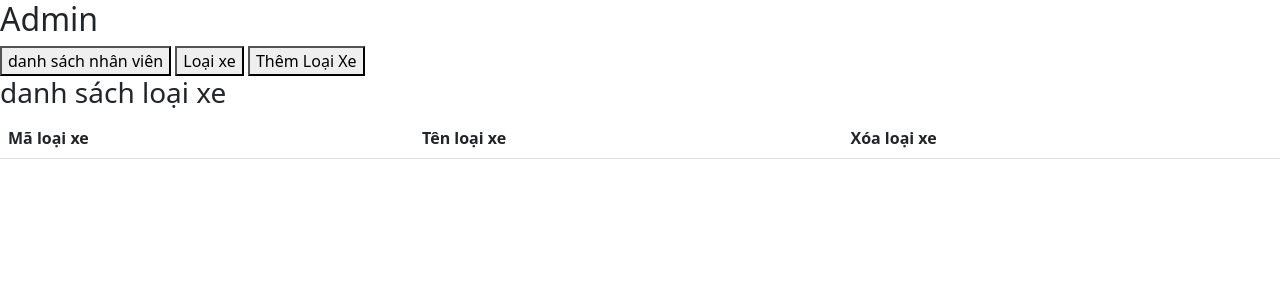
Repository: QuanghuyK1/CNPM
Page: http://localhost/CNPM/WEB-INF/views/LoaiXe/danhsach.jsp
These files come from the project's save history. The page is drawn as it stood at one moment and after the next save; the edit follows.
The browser window is 1280 px wide. The pictures show the whole page.
The page is served by Tomcat 9. Nobody is signed in. Other server files are loaded and not shown. The template is opened directly, without the code that normally fills it, so the values that code supplies are empty.

Above is the page before, as saved 2022-04-22 16:26:51.

### CNPM-main/WebXeKhach/CNPM/src/main/webapp/WEB-INF/views/LoaiXe/danhsach.jsp
<%@ page language="java" contentType="text/html; charset=utf-8"
    pageEncoding="utf-8"%>
<%@ taglib uri="http://java.sun.com/jsp/jstl/core" prefix="c"%>
<!DOCTYPE html>
<html>
<head>
<meta charset="utf-8">
<title>Insert title here</title>
<link
	href="https://cdn.jsdelivr.net/npm/bootstrap@5.1.3/dist/css/bootstrap.min.css"
	rel="stylesheet"
	integrity="sha384-1BmE4kWBq78iYhFldvKuhfTAU6auU8tT94WrHftjDbrCEXSU1oBoqyl2QvZ6jIW3"
	crossorigin="anonymous">
</head>
<body>
	<h2>Admin</h2>
	<form action = "danhsach.htm"><button>danh sách nhân
			viên</button></a>
	<form action = "loaixe.htm"><button>Loại xe</button></a>
	<form action = "loaixe.htm?Insert"><button name = "Insert">Thêm Loại Xe</button></form>
	<h3>danh sách loại xe</h3>
	<table class="table">
	<thead>
			<tr>
				<th scope="col">Mã loại xe</th>
				<th scope="col">Tên loại xe</th>
				<th scope="col">Xóa loại xe</th>
			</tr>
		</thead>
		<tbody>
			<c:forEach items="${list}" var="i">
				<c:if test="${i.trangthai == true }">
					<tr>
						<th><a href="loaixe/${i.maLX}.htm">${i.maLX }</a></th>
						<th>${i.tenLX}</th>
						<th>
							<form action="loaixe/${i.maLX}.htm"><button name = "delLX">Xóa </button></form>
						</th>
					</tr>
				</c:if>
			</c:forEach>
		</tbody>
	</table>
</body>
</html>

After the next save:
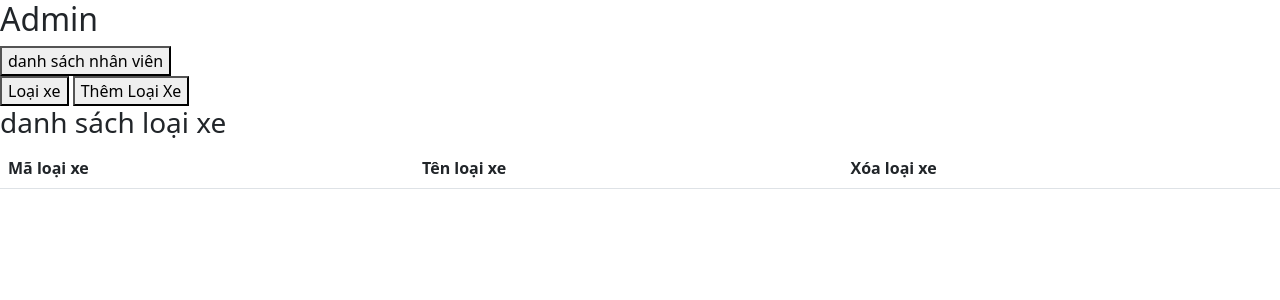
Saved 44 s later.
--- a/CNPM-main/WebXeKhach/CNPM/src/main/webapp/WEB-INF/views/LoaiXe/danhsach.jsp
+++ b/CNPM-main/WebXeKhach/CNPM/src/main/webapp/WEB-INF/views/LoaiXe/danhsach.jsp
@@ -15,7 +15,7 @@
 <body>
 	<h2>Admin</h2>
 	<form action = "danhsach.htm"><button>danh sách nhân
-			viên</button></a>
+			viên</button></form>
 	<form action = "loaixe.htm"><button>Loại xe</button></a>
 	<form action = "loaixe.htm?Insert"><button name = "Insert">Thêm Loại Xe</button></form>
 	<h3>danh sách loại xe</h3>
